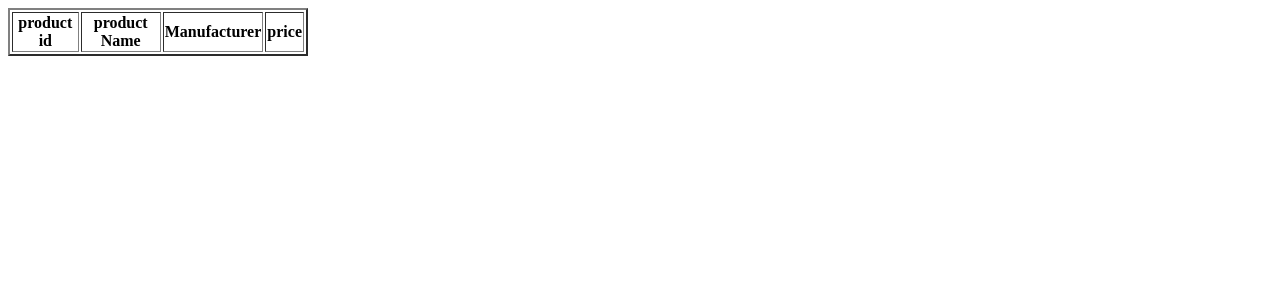
Repository: parkgyutaee/My_JAVA_Project
Page: http://localhost/JSPStudy/db1_select_product.jsp
An editor plug-in stored every save of this project. The page is shown before and after the next save, followed by the edit.
The browser window is 1280 px wide. The pictures show the whole page.
The page is served by Tomcat 10. Other server files are loaded and not shown. Queries for data that is not in the repository find no rows.

Above is the page before, as saved 2025-07-11 02:59:56.

### Workspace/JSPStudy/src/main/webapp/db1_select_product.jsp
<%@ page import = "java.sql.*"  %>
<%@ page language="java" contentType="text/html; charset=UTF-8"
    pageEncoding="UTF-8"%>
 <%!
 	Connection connection = null;
 	Statement statement = null;
 	ResultSet resultSet = null;

 	final String URL = "jdbc:oracle:thin:@192.168.0.2:1521:XE";
 	final String ID = "c##park";
 	final String PASSWORD = "park";
 	final String SELECT_SQL = "SELECT * FROM PRODUCT";
 %>
<!DOCTYPE html>
<html>
<head>
<meta charset="UTF-8">
<title> PRODUCT 테이블 내용 출력하기</title>
</head>
<body>
	<table width="300" border = "2">
		<tr>
			<th>product id</th>
			<th>product Name</th>
			<th>Manufacturer</th>
			<th>price</th>
<%
 	try {
 		Class.forName("oracle.jdbc.driver.OracleDriver");
 		connection = DriverManager.getConnection(URL, ID, PASSWORD);
 		statement = connection.createStatement();
 		resultSet = statement.executeQuery(SELECT_SQL);
 		while (resultSet.next()) {
 			out.println("<tr>");
 			out.println("<td>" + resultSet.getInt("ProductID") + "</td>");
 			out.println("<td>" + resultSet.getString("ProductName" ) + "</td>");
 			out.println("<td>" + resultSet.getString("MANUFACTURER" )+ "</td>");
 			out.println("<td>" + resultSet.getInt("PRICE" )+ "</td>");
 			out.println("</tr>");

 		}
 	} catch(Exception e) {
 		out.println("Expception DB");
 		e.printStackTrace();			//콘솔에 어디서 오류가 났는지 보여줌.
 	} finally {
 		try {
 			if (resultSet != null) resultSet.close();
 			if (connection != null) connection.close();
 		}
 		 catch(Exception e) {
 			out.println("Expception CLOSE()");
 	 		e.printStackTrace();
 		}
 	}
%>
		</tr>
	</table>
</body>
</html>

After the next save:
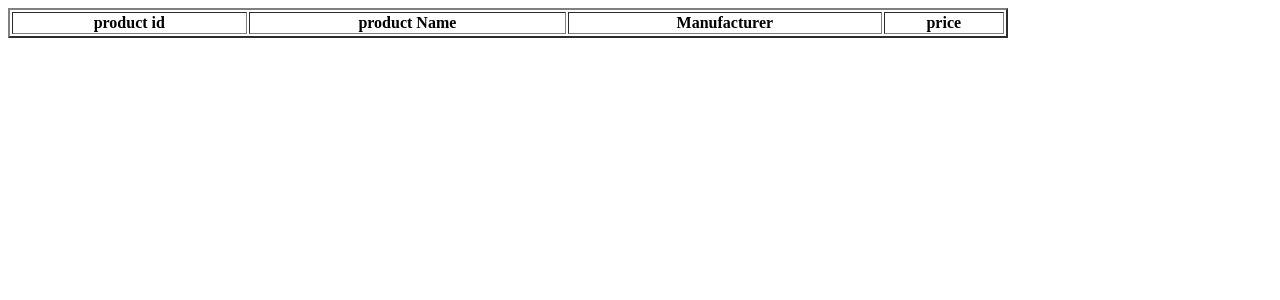
Saved 62 s later.
--- a/Workspace/JSPStudy/src/main/webapp/db1_select_product.jsp
+++ b/Workspace/JSPStudy/src/main/webapp/db1_select_product.jsp
@@ -18,7 +18,7 @@
 <title> PRODUCT 테이블 내용 출력하기</title>
 </head>
 <body>
-	<table width="300" border = "2">
+	<table width="1000" border = "2" >
 		<tr>
 			<th>product id</th>
 			<th>product Name</th>
